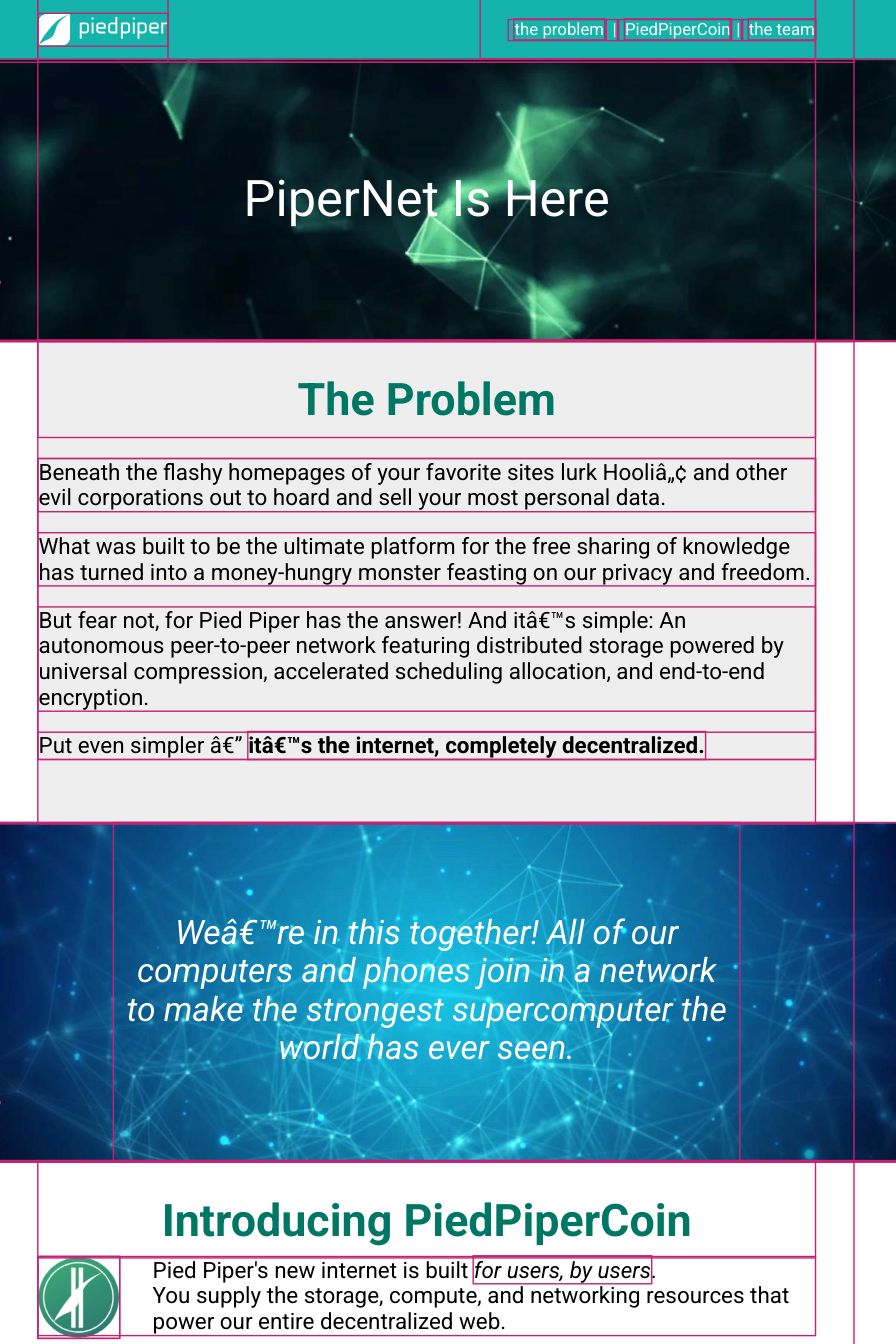
Repository: armus503/Pip_Piper
Page: Pip_Piper.html
An editor plug-in stored every save of this project. The page is shown before and after the next save, followed by the edit.
The browser window is 1280 px wide. The pictures show the part of the page from y = 0 to 1920 px (the page is 3271 px tall), at 70% of full size.

Above is the page before, as saved 2021-07-21 00:34:05.

After the next save:
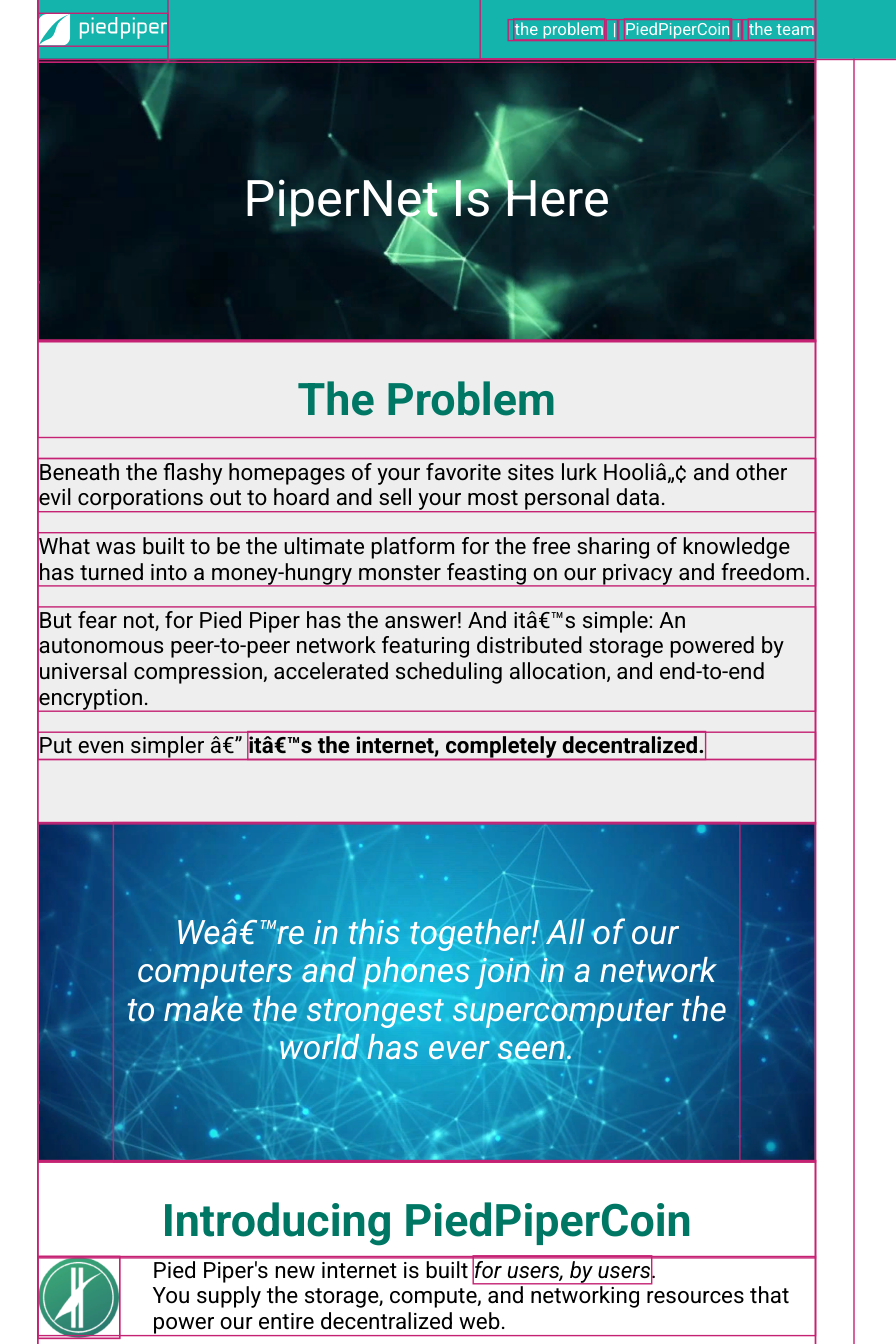
Saved 3 min 21 s later.
--- a/Pip_Piper.html
+++ b/Pip_Piper.html
@@ -10,8 +10,9 @@
 </head>
 
 <body>
-    <header class="header">
-        <div class="main-content">
+    <div class="main-content">
+        <header class="header">
+
             <nav class="header-nav">
                 <a class="header__logo" href=""><img src="logo.svg" alt="PiperNet Is Here"></a>
                 <ul class="header__list">
@@ -28,18 +29,18 @@
                     </li>
                 </ul>
             </nav>
-        </div>
-    </header>
-    <main class="main">
-        <section id="anchor-logo" class="jumbotron">
-            <div class="main-content">
+
+        </header>
+        <main class="main">
+            <section id="anchor-logo" class="jumbotron">
+
                 <div class="text-jumbotron">PiperNet Is Here</div>
+
+            </section>
+            <div class="anchor">
+                <a id="anchor-the_Problem" class="anchor__link"></a>
             </div>
-        </section>
-        <div class="anchor">
-            <a id="anchor-the_Problem" class="anchor__link"></a>
-        </div>
-        <div class="main-content">
+
             <section class="the_Problem">
 
                 <h2 class="title-the_Problem">The Problem</h2>
@@ -51,17 +52,17 @@
                 </div>
 
             </section>
-        </div>
-        <section class="hero">
-            <div class="main-content">
+
+            <section class="hero">
+
                 <div class="text-hero">We’re in this together! All of our</br> computers and phones join in a network</br> to make the strongest supercomputer the world has ever seen.</div>
+
+            </section>
+            <div class="anchor">
+                <a id="anchor-pied_Piper_Coin" class="anchor__link"></a>
             </div>
-        </section>
-        <div class="anchor">
-            <a id="anchor-pied_Piper_Coin" class="anchor__link"></a>
-        </div>
-        <section class="pied_Piper_Coin">
-            <div class="main-content">
+            <section class="pied_Piper_Coin">
+
                 <h2 class="title-pied_Piper_Coin">Introducing PiedPiperCoin</h2>
                 <a href="#anchor-logo" class="pied_Piper_Coin__logo__link">
                     <img src="PPC Logo.png" class="pied_Piper_Coin__logo__img" alt="PPC Logo">
@@ -71,13 +72,13 @@
                     <p>Now there's a way to give credit where credit is due. Compute credit, that is! The more you share your device resources, the more PiedPiperCoin you receive.</p>
                     <p>Whether you're a developer with an app ready for market, or just an Average Joe with a smartphone you'll love all you can do with PiedPiperCoin.</p>
                 </div>
+
+            </section>
+            <div class="anchor">
+                <a id="anchor-the_Team" class="anchor__link"></a>
             </div>
-        </section>
-        <div class="anchor">
-            <a id="anchor-the_Team" class="anchor__link"></a>
-        </div>
-        <section class="the_Team">
-            <div class="main-content">
+            <section class="the_Team">
+
                 <h2 class="the_Team__header">The Team</h2>
                 <div class="block-card-the_Team">
                     <div class="card-the_Team__Richard_Hendrics card-the_Team">
@@ -123,13 +124,14 @@
                         <div class="card-the_Team__post">Majority Investor</div>
                     </div>
                 </div>
-        </section>
-        </div>
-    </main>
-    <footer class="footer">
-        <div class="main-content">
+            </section>
+
+        </main>
+        <footer class="footer">
+
             <div class="text-footer">All other trademarks and copyrights are the property of their respective owners. Use of these names, trademarks and brands does not imply endorsement.</div>
-        </div>
-    </footer>
+
+        </footer>
     </div>
+
 </body>
